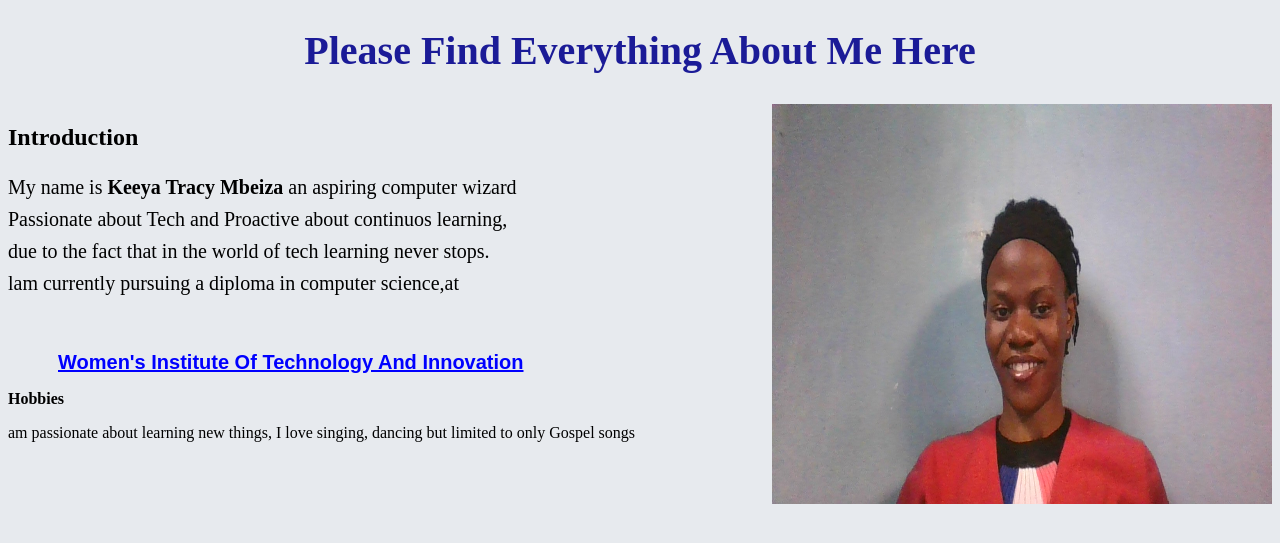
Repository: tracykeeya/my_first_web
Page: index.html
The author's editor kept a copy of each file at every save. The page is drawn from the files as they stood at one save, then again after the next save.
The browser window is 1280 px wide. The pictures show the whole page.

Above is the page before, as saved 2025-11-03 12:08:14.

### index.html
<!DOCTYPE html>
<html lang="en">
<head>
    <meta charset="UTF-8">
    <meta name="viewport" content="width=device-width, initial-scale=1.0">
    <title>My First Web Page</title>
</head>
<body style="background-color: rgb(231, 234, 238)" font-family="Arial, Helvetica, sans-serif" margin: 40px; color: #333;>

    <!-- my first heading -->
    <h1 style="text-align: center; color: rgb(27, 27, 151); font-size: 40px; margin-bottom: 30px;">Please Find Everything About Me Here</h1>

    <!-- putting the text and the image in one section -->
    <div style="display: flex; align-items: flex-start; justify-content: space-between;">
        <!-- aligning the text to the left -->
        <div style="width: 60%;">
    <h2 style="color: black;">Introduction</h2>

    <p style="font-size: 20px; line-height: 1.6;">My name is<strong> Keeya Tracy Mbeiza</strong> an aspiring computer wizard<br>Passionate about Tech and Proactive about continuos learning,<br> due to the fact that in the world of tech learning never stops.<br> lam currently pursuing a diploma in computer science,at<br>
        </br></p>
    <a href="https://www.witi.ac.ug/" style="position: relative; left: 50px; color: rgb(0, 0, 255); font-size: 20px; font-family: Arial, Helvetica, sans-serif"><b> Women's Institute Of Technology And Innovation</b></a>

    <p><b>Hobbies</b></p>
    <p> am passionate about learning new things,
    I love singing, dancing but limited to only Gospel songs</p>
        </div>


    <!-- <img src="https://www.witi.ac.ug/wp-content/uploads/2020/08/WhatsApp-Image-2020-08-14-at-11.16.16-AM.jpeg" alt=""> -->
    <img src="/Tracy.jpg " alt="" width="500px" height="400px";>
   </div>
</body>
</html>

After the next save:
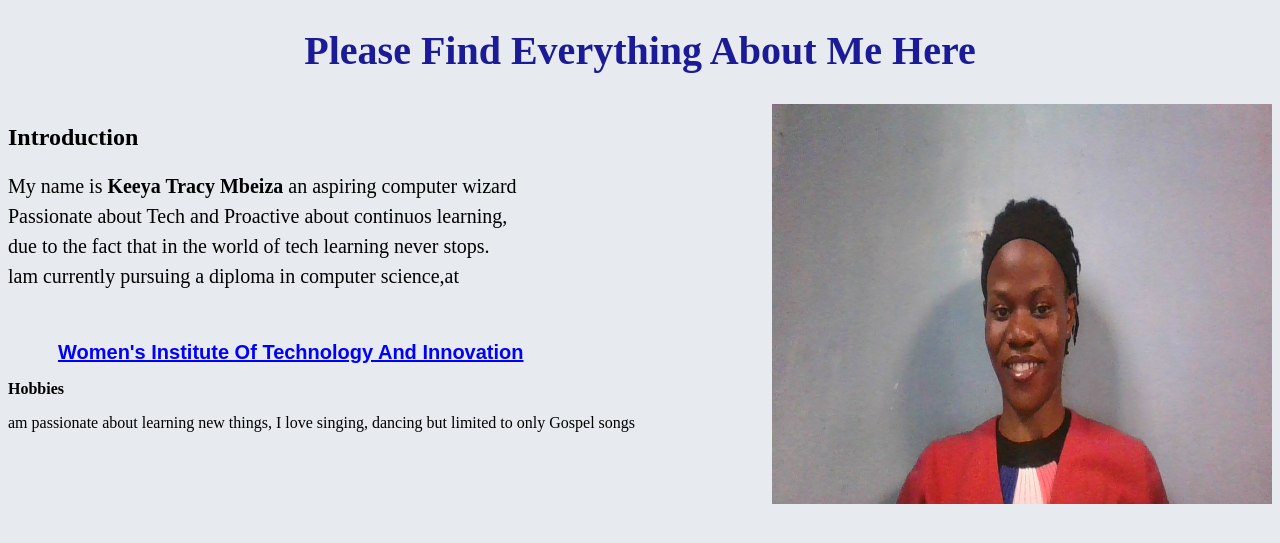
Saved 19 s later.
--- a/index.html
+++ b/index.html
@@ -16,7 +16,7 @@
         <div style="width: 60%;">
     <h2 style="color: black;">Introduction</h2>
 
-    <p style="font-size: 20px; line-height: 1.6;">My name is<strong> Keeya Tracy Mbeiza</strong> an aspiring computer wizard<br>Passionate about Tech and Proactive about continuos learning,<br> due to the fact that in the world of tech learning never stops.<br> lam currently pursuing a diploma in computer science,at<br>
+    <p style="font-size: 20px; line-height: 1.5;">My name is<strong> Keeya Tracy Mbeiza</strong> an aspiring computer wizard<br>Passionate about Tech and Proactive about continuos learning,<br> due to the fact that in the world of tech learning never stops.<br> lam currently pursuing a diploma in computer science,at<br>
         </br></p>
     <a href="https://www.witi.ac.ug/" style="position: relative; left: 50px; color: rgb(0, 0, 255); font-size: 20px; font-family: Arial, Helvetica, sans-serif"><b> Women's Institute Of Technology And Innovation</b></a>
 

After the save that followed:
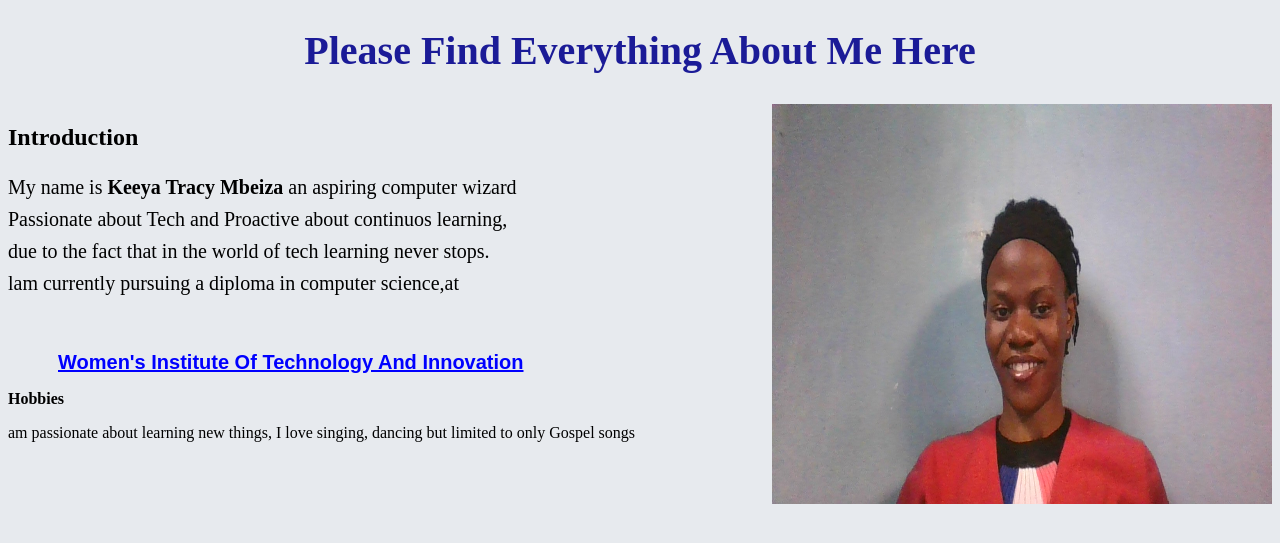
Saved 31 s later.
--- a/index.html
+++ b/index.html
@@ -16,7 +16,7 @@
         <div style="width: 60%;">
     <h2 style="color: black;">Introduction</h2>
 
-    <p style="font-size: 20px; line-height: 1.5;">My name is<strong> Keeya Tracy Mbeiza</strong> an aspiring computer wizard<br>Passionate about Tech and Proactive about continuos learning,<br> due to the fact that in the world of tech learning never stops.<br> lam currently pursuing a diploma in computer science,at<br>
+    <p style="font-size: 20px; line-height: 1.6;">My name is<strong> Keeya Tracy Mbeiza</strong> an aspiring computer wizard<br>Passionate about Tech and Proactive about continuos learning,<br> due to the fact that in the world of tech learning never stops.<br> lam currently pursuing a diploma in computer science,at<br>
         </br></p>
     <a href="https://www.witi.ac.ug/" style="position: relative; left: 50px; color: rgb(0, 0, 255); font-size: 20px; font-family: Arial, Helvetica, sans-serif"><b> Women's Institute Of Technology And Innovation</b></a>
 
